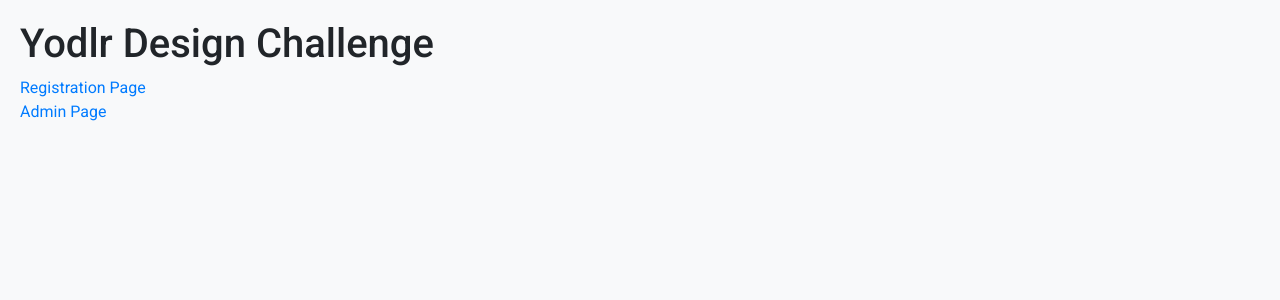
Repository: rmdayberry/yodlr-take-home
Page: public/index.html
The author's editor kept a copy of each file at every save. The page is drawn from the files as they stood at one save, then again after the next save.
The browser window is 1280 px wide. The pictures show the whole page.

Above is the page before, as saved 2024-10-09 09:04:50.

After the next save:
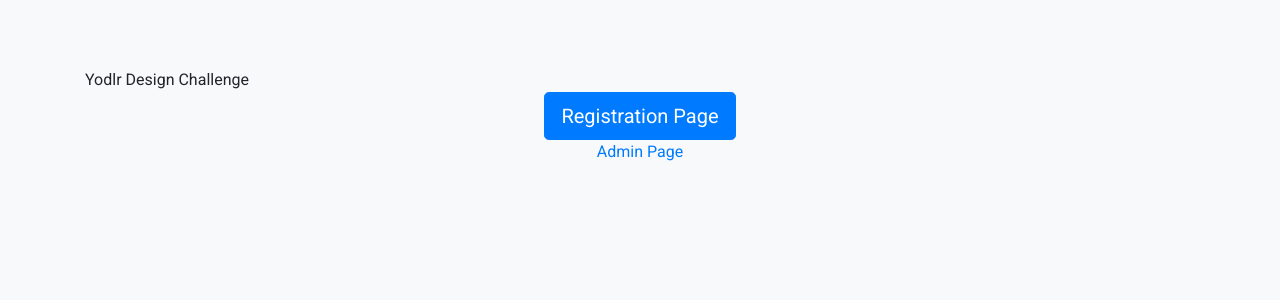
Saved 2 min 39 s later.
--- a/public/index.html
+++ b/public/index.html
@@ -10,9 +10,10 @@
     <link rel="stylesheet" href="css/styles.css" />
   </head>
   <body>
-    <h1>Yodlr Design Challenge</h1>
-    <p>
-      <a href="/signup.html">Registration Page</a><br />
+    <div class="container mt-5"
+    <h1 class="text-center mb-4">Yodlr Design Challenge</h1>
+    <p class="text-center">
+      <a href="/signup.html" class="btn btn-primary btn-lg">Registration Page</a><br />
       <a href="/admin.html">Admin Page</a>
     </p>
   </body>
